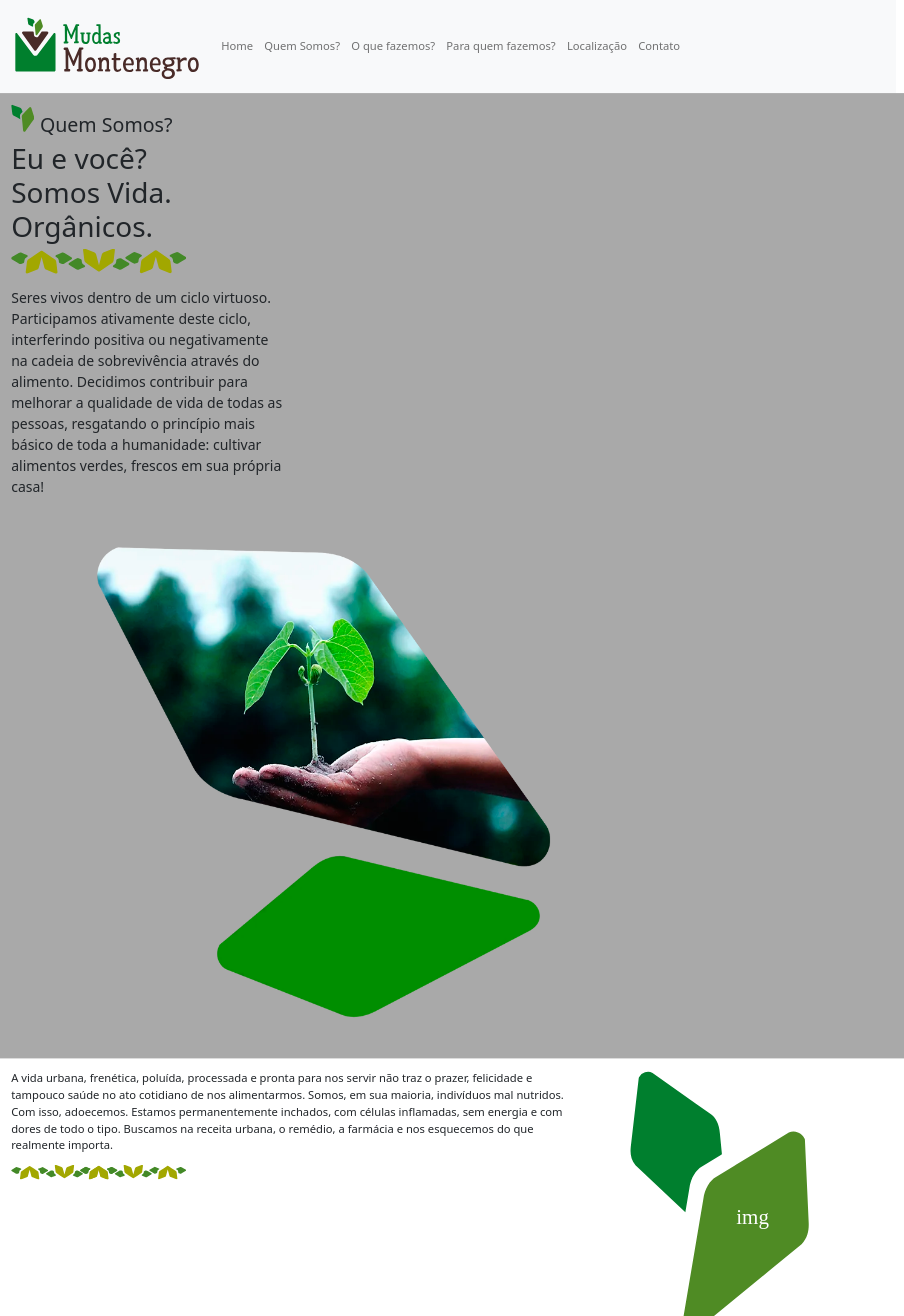
Repository: MaKnok/mudas-montenegro
Page: quem-somos.html
An editor plug-in stored every save of this project. The page is shown before and after the next save, followed by the edit.
The browser window is 1280 px wide. The page is 1292 px wide, so the pictures cover 1292 px, including what lies to the right of the window. The pictures show the part of the page from y = 0 to 1880 px (the page is 2597 px tall before and 2559 px after), at 70% of full size.
Some web libraries are served in a nearby version.

Above is the page before, as saved 2021-06-17 13:18:14.

### quem-somos.html
<!DOCTYPE html>
<html lang="pt-br">

<head>
    <meta charset="utf-8">
    <meta name="viewport" content="width=device-width, initial-scale=1">
    <link rel="icon" type="image/png" href="img/icons/favicon.png"/>
    <title>Mudas Montenegro</title>
    <link href="https://cdn.jsdelivr.net/npm/bootstrap@5.0.1/dist/css/bootstrap.min.css" rel="stylesheet" integrity="sha384-+0n0xVW2eSR5OomGNYDnhzAbDsOXxcvSN1TPprVMTNDbiYZCxYbOOl7+AMvyTG2x" crossorigin="anonymous">
    <script src="https://use.fontawesome.com/releases/v5.0.8/js/all.js"></script>
    <link href="style.css" rel="stylesheet">
</head>

<body>

<!-- Navigation -->
<nav class="navbar navbar-expand-md navbar-light bg-light sticky-top">

  <div class="container-fluid">

      <a class="navbar-brand logo" href="index.html"><img src="img/logo_mudas_mont.svg" alt="Mudas Montenegro"></a>

      <button class="navbar-toggler" type="button" data-toggle="collapse" data-target="#navbarResponsive">
          <span class="navbar-toggler-icon"></span>
      </button>

      <div class="collapse navbar-collapse" id="navbarResponsive">
       <ul class="navbar-nav ml-auto">
            <li class="nav-item active">
              <a class="nav-link" href="index.html">Home</a>
          </li>
            <li class="nav-item">
              <a class="nav-link" href="quem-somos.html">Quem Somos?</a>
            </li>
            <li class="nav-item">
              <a class="nav-link" href="o-que-fazemos.html">O que fazemos?</a>
            </li>
            <li class="nav-item">
              <a class="nav-link" href="para-quem-fazemos.html">Para quem fazemos?</a>
            </li>
            <li class="nav-item">
              <a class="nav-link" href="localizacao.html">Localização</a>
            </li>
            <li class="nav-item">
              <a class="nav-link" href="contato.html">Contato</a>
            </li>
        </ul>
      </div>

  </div>

</nav>

<!--- Intro -->


<div class="row jumbotron section-top" style="background-color: darkgrey;">

  <div class="container-fluid">

          <div class="col-xs-12 col-sm-12 col-md-4 col-lg-4 col-xl-4  col-xxl-4 content-top">

            <h3 class="page-title">Quem Somos?</h3>

            <h1 class="page-slogan">
              Eu e você?<br/>
              Somos Vida.<br/>
              Orgânicos.
            </h1>

            <img src="img/leaves_sections.svg" class="leaves-home">

            <p class="lead">
              Seres vivos dentro de um ciclo virtuoso. Participamos ativamente deste ciclo, interferindo positiva ou negativamente na cadeia de sobrevivência através do alimento. Decidimos contribuir para melhorar a qualidade de vida de todas
              as pessoas, resgatando o princípio mais básico de toda a humanidade: cultivar alimentos verdes, frescos em sua própria casa!
            </p>

          </div>

          <div class="col-xs-12 col-sm-12 col-md-8 col-lg-8 col-xl-8  col-xxl-8 image-top">

                    <source srcset="img/leaves_desktop_img.webp 2x,img/leaves_desktop_img.webp"
                    media="(min-width: 992px)"/>

                    <img src="img/leaves_desktop_img.webp" class="img-fluid" alt="Muda">

          </div>

  </div>

</div>




  <div class="container-fluid padding">

  <div class="row content">

    <div class="col-xs-12 col-sm-12 col-md-7 col-lg-7 col-xl-8">
      <p>
      A vida urbana, frenética, poluída, processada e pronta para nos servir não traz o prazer, felicidade e tampouco saúde no ato cotidiano de nos alimentarmos. Somos, em sua maioria, indivíduos mal nutridos.  Com isso, adoecemos. Estamos permanentemente inchados, com células inflamadas, sem energia e com dores de todo o tipo.
      Buscamos na receita urbana, o remédio, a farmácia e nos esquecemos do que realmente importa.
      </p>
      <img src="img/leaves_section_longer.svg" class="leaves-home">
    </div>

    <div class="col-xs-12 col-sm-12 col-md-4 col-lg-4 col-xl-3">
      <img src="img/img_temp.svg" class="float-left" alt="Vida urbana">
    </div>

  </div>




  <div class="container-fluid padding">

  <div class="row content pandemia">

    <div class="col-xs-12 col-sm-12 col-md-4 col-lg-4 col-xl-3 content-1">
        <img src="img/img_temp.svg" class="float-right" alt="Relações de Vida">
    </div>

    <div class="col-xs-12 col-sm-12 col-md-7 col-lg-7 col-xl-8 content-2">
        <p>
        A Pandemia nos fez parar em casa. Trabalho, viagem, mundo - tudo parou!
        E proporcionou revisar nossos planos e nossas relações de vida. Então, por que não recomeçar pelo conceito mais primitivo e básico? Por que não ter em seu próprio quintal, varanda, área externa, um pequeno espaço de terra, mesmo que suspenso, algo para cultivar, economizar e conhecer a sua origem?
        </p>
        <img src="img/leaves_section_longer.svg" class="leaves-home">
    </div>

  </div>

  </div>






<!--- Footer -->
<footer>

  <div class="container-fluid padding">

    <div class="row text-left">

      <div class="col-md-4">

        <ul class="social-icons">
            <li class="social-icon social-icon_first"><a href="#"><img src="img/icons/facebook.svg"></a></li>
            <li class="social-icon social-icon_second"><a href="#"><img src="img/icons/instagram.svg"></a></li>
            <li class="social-icon social-icon_third"><a href="#"><img src="img/icons/twitter.svg"></a></li>
        </ul>
        <p>Lorem ipsum dolor sit amet, <br/>consectetur adipiscing elit.</p>

      </div>

      <div class="col-md-4">

        <img src="img/icons/mail.svg" class="contact-icon">
        <p>comercial@<span class="phrase-bold">mudasmontenegro</span>.agr.br</p>

      </div>

      <div class="col-md-4">

        <img src="img/icons/whatsapp.svg" class="contact-icon contact-icon-zap">
        <p>+55 11 <span class="phrase-bold">98370-0035</span></p>

      </div>

    </div>

    <div class="row text-left">
        <div class="col-md-6">
          <p class="terms-conditions"><a href="#">Termos e Condições</a> | <a href="#">Política de Privacidade</a> | ©Mudas Montenegro Ltda. 2020 </p>
        </div>
    </div>

  </div>

</footer>

</div>

<script src="https://cdn.jsdelivr.net/npm/bootstrap@5.0.1/dist/js/bootstrap.bundle.min.js" integrity="sha384-gtEjrD/SeCtmISkJkNUaaKMoLD0//ElJ19smozuHV6z3Iehds+3Ulb9Bn9Plx0x4" crossorigin="anonymous"></script>

</body>
</html>

### style.css
@import url("https://fonts.googleapis.com/css2?family=Fira+Sans:ital,wght@0,200;0,300;0,400;0,500;0,600;0,700;1,200;1,300;1,400;1,500;1,600;1,700&display=swap");

/*---Media Queries --*/

html {
  -webkit-box-sizing: border-box;
  -moz-box-sizing: border-box;
  box-sizing: border-box;
}

*,
*:before,
*:after {
  -webkit-box-sizing: border-box;
  -moz-box-sizing: border-box;
  box-sizing: inherit;
}

@media (min-width: 992px) {
  .leaves-home {
    width: 250px;
    margin-bottom: 20px;
  }

  .logo {
    width: 280px;
  }

  .phrase-home {
    font-size: 35px;
    line-height: 45px;
  }

  .carousel-caption {
    width: 550px;
    z-index: 10;
    color: #fff;
    text-align: left;
    top: 40%;
    left: 10%;
    bottom: auto;
    -webkit-transform: translate(0, -50%);
    -ms-transform: translate(0, -50%);
    transform: translate(0, -50%);
  }
}

@media (max-width: 991.98px) {
  .leaves-home {
    width: 190px;
    margin-bottom: 15px;
  }

  .logo {
    width: 220px;
  }

  .phrase-home {
    font-size: 30px;
    line-height: 40px;
  }

  .carousel-caption {
    width: 400px;
    z-index: 10;
    color: #fff;
    text-align: left;
    top: 35%;
    left: 10%;
    bottom: auto;
    -webkit-transform: translate(0, -50%);
    -ms-transform: translate(0, -50%);
    transform: translate(0, -50%);
  }
}

@media (max-width: 767.98px) {
  .carousel-caption {
    width: 400px;
    z-index: 10;
    color: #fff;
    text-align: left;
    top: 35%;
    left: 10%;
    bottom: auto;
    -webkit-transform: translate(0, -50%);
    -ms-transform: translate(0, -50%);
    transform: translate(0, -50%);
  }

  .leaves-home {
    width: 190px;
    margin-bottom: 20px;
  }

  .logo {
    width: 220px;
  }

  .pandemia {
    display: flex;
  }

  .pandemia > .content-2 {
    order: -1;
  }

  .phrase-home {
    font-size: 25px;
    line-height: 35px;
  }

  .section-top {
    display: flex;
  }

  .section-top > .image-top {
    order: -1;
  }
}

@media (max-width: 575.98px) {
  .carousel-caption {
    width: 200px;
    z-index: 10;
    color: #fff;
    text-align: left;
    top: 50%;
    left: 8%;
    bottom: auto;
    -webkit-transform: translate(0, -50%);
    -ms-transform: translate(0, -50%);
    transform: translate(0, -50%);
  }

  .leaves-home {
    width: 130px;
    margin-bottom: 10px;
  }

  .logo {
    width: 180px;
  }

  .phrase-home {
    font-size: 16px;
    line-height: 24px;
  }
}

/*---Firefox Bug Fix --*/
.carousel-item {
  transition: -webkit-transform 0.5s ease;
  transition: transform 0.5s ease;
  transition: transform 0.5s ease, -webkit-transform 0.5s ease;
  -webkit-backface-visibility: visible;
  backface-visibility: visible;
  background-color: #000;
}

/*--- Fixed Background Image --*/
figure {
  position: relative;
  width: 100%;
  height: 60%;
  margin: 0 !important;
}

footer {
  background-color: #fff;
  color: #492b28;
  line-height: 22px;
}

ul,
ol,
li {
  list-style: none;
}

ul {
  padding-inline-start: 0;
  margin-bottom: 0.5rem;
}

.fixed-wrap {
  clip: rect(0, auto, auto, 0);
  position: absolute;
  top: 0;
  left: 0;
  width: 100%;
  height: 100%;
}

#fixed {
  background-image: url("img/mac.png");
  position: fixed;
  display: block;
  top: 0;
  left: 0;
  width: 100%;
  height: 100%;
  background-size: cover;
  background-position: center center;
  -webkit-transform: translateZ(0);
  transform: translateZ(0);
  will-change: transform;
}
/*--- Bootstrap Padding Fix --*/
[class*="col-"] {
  padding: 1rem;
}

.carousel-caption {
  text-align: left;
}

.contact-icon {
  margin-bottom: 0.5rem;
}

.page-title {
  font-weight: ;
}

.page-title::before {
  content: "";
  display: inline-block;
  background-image: url(img/icons/leaves.svg);
  background-size: 33px 40px;
  width: 33px;
  height: 40px;
  margin-right: 8px;
}

.phrase-home {
  font-family: "Fira Sans", sans-serif;
}

.phrase-bold {
  font-weight: 600;
}

.picture-home {
  opacity: 0.7;
}

.section-top {
  background-color: #fff;
}

.social-icons {
  text-align: left;
}

.social-icon:not(:first-child) {
  margin-left: 20px;
}

.social-icon:first-child {
  margin-right: 5px;
}

.social-icon {
  display: inline-block;
}

.social-icon > a > img,
.contact-icon {
  height: 25px;
}

.contact-icon-zap {
  height: 30px;
}

.terms-conditions a {
  color: #492b28;
}

.wrapper {
  padding: 0 2em;
}

/*
Extra small (xs) devices (portrait phones, less than 576px)
No media query since this is the default in Bootstrap

Small (sm) devices (landscape phones, 576px and up)
@media (min-width: 576px) { ... }

Medium (md) devices (tablets, 768px and up)
@media (min-width: 768px) { ... }

Large (lg) devices (desktops, 992px and up)
@media (min-width: 992px) { ... }

Extra (xl) large devices (large desktops, 1200px and up)
@media (min-width: 1200px) { ... }
*/

After the next save:
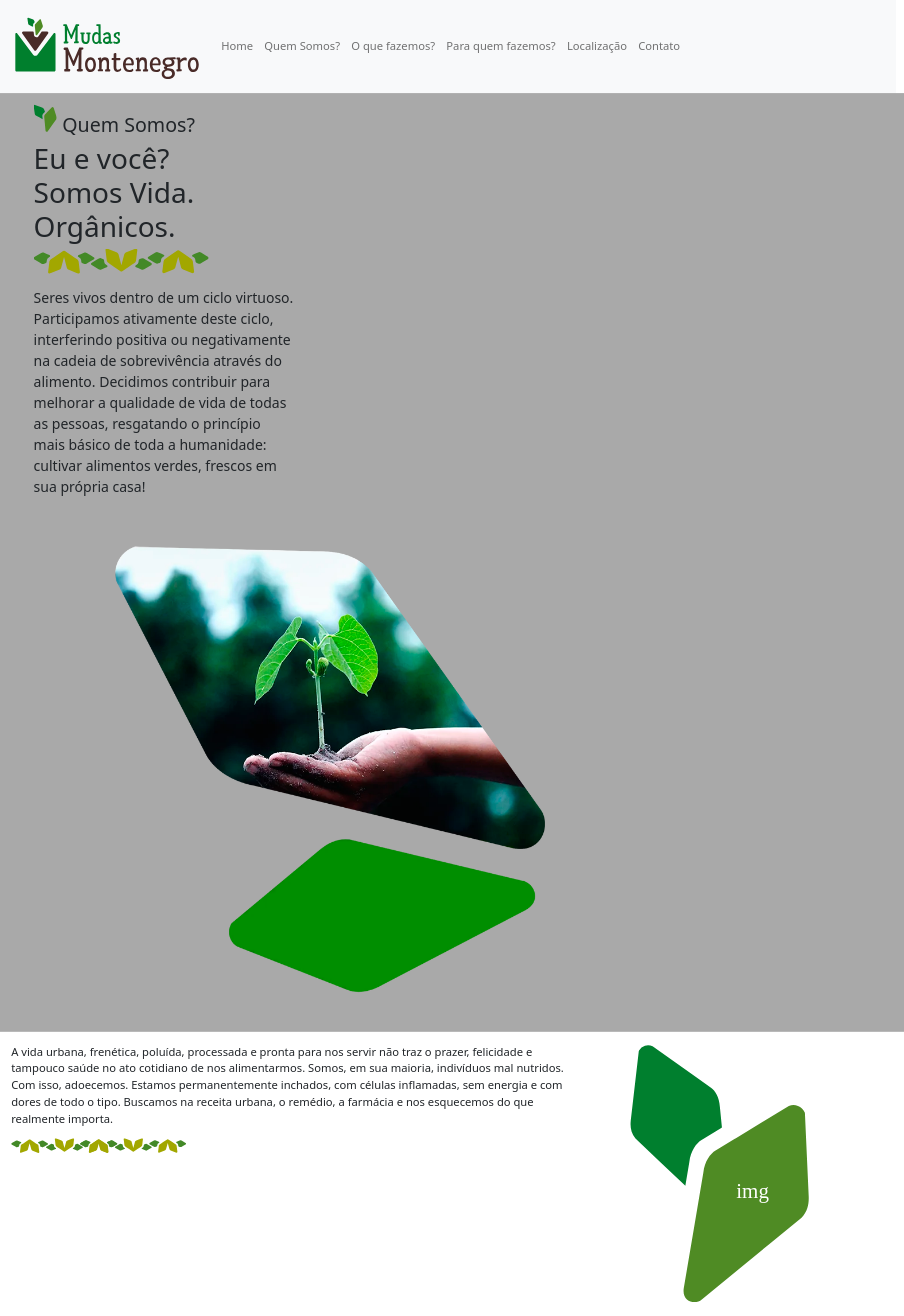
Saved 2 min 28 s later.
--- a/quem-somos.html
+++ b/quem-somos.html
@@ -58,33 +58,37 @@
 
   <div class="container-fluid">
 
-          <div class="col-xs-12 col-sm-12 col-md-4 col-lg-4 col-xl-4  col-xxl-4 content-top">
+      <div class="wrapper">
 
-            <h3 class="page-title">Quem Somos?</h3>
+        <div class="col-xs-12 col-sm-12 col-md-4 col-lg-4 col-xl-4  col-xxl-4 content-top">
 
-            <h1 class="page-slogan">
-              Eu e você?<br/>
-              Somos Vida.<br/>
-              Orgânicos.
-            </h1>
+          <h3 class="page-title">Quem Somos?</h3>
 
-            <img src="img/leaves_sections.svg" class="leaves-home">
+          <h1 class="page-slogan">
+            Eu e você?<br/>
+            Somos Vida.<br/>
+            Orgânicos.
+          </h1>
 
-            <p class="lead">
-              Seres vivos dentro de um ciclo virtuoso. Participamos ativamente deste ciclo, interferindo positiva ou negativamente na cadeia de sobrevivência através do alimento. Decidimos contribuir para melhorar a qualidade de vida de todas
-              as pessoas, resgatando o princípio mais básico de toda a humanidade: cultivar alimentos verdes, frescos em sua própria casa!
-            </p>
+          <img src="img/leaves_sections.svg" class="leaves-home">
 
-          </div>
+          <p class="lead">
+            Seres vivos dentro de um ciclo virtuoso. Participamos ativamente deste ciclo, interferindo positiva ou negativamente na cadeia de sobrevivência através do alimento. Decidimos contribuir para melhorar a qualidade de vida de todas
+            as pessoas, resgatando o princípio mais básico de toda a humanidade: cultivar alimentos verdes, frescos em sua própria casa!
+          </p>
 
-          <div class="col-xs-12 col-sm-12 col-md-8 col-lg-8 col-xl-8  col-xxl-8 image-top">
+        </div>
 
-                    <source srcset="img/leaves_desktop_img.webp 2x,img/leaves_desktop_img.webp"
-                    media="(min-width: 992px)"/>
+        <div class="col-xs-12 col-sm-12 col-md-8 col-lg-8 col-xl-8  col-xxl-8 image-top">
 
-                    <img src="img/leaves_desktop_img.webp" class="img-fluid" alt="Muda">
+                  <source srcset="img/leaves_desktop_img.webp 2x,img/leaves_desktop_img.webp"
+                  media="(min-width: 992px)"/>
 
-          </div>
+                  <img src="img/leaves_desktop_img.webp" class="img-fluid" alt="Muda">
+
+        </div>
+
+      </div>
 
   </div>
 
